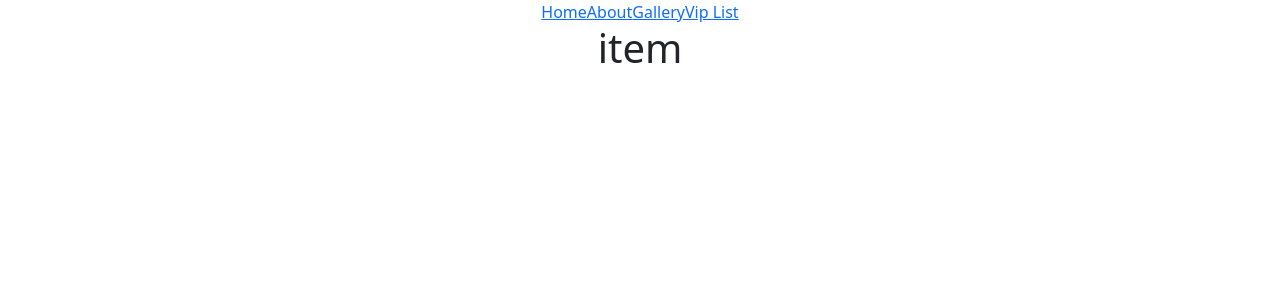
Repository: saargold/reactTest
Page: /vip/0
An editor plug-in stored every save of this project. The page is shown before and after a run of saves, followed by the edit.
The browser window is 1280 px wide. The pictures show the whole page.
The project was rebuilt for these pictures with package versions that can differ from the ones it lists, and the page was loaded fresh each time. A package was used in the major version that the imports need, not the one package.json lists. Also part of the build but not shown: src/App.css, src/api/Apicomp.js, src/input/MoviesInput.js, src/components/MovieList.js, src/components/AppMovies.js, src/components/Gallery.js, src/components/About.js, src/components/Home.js and 1 more.

Above is the page before, as saved 2022-09-07 14:20:25.

### src/App.js
import logo from './logo.svg';
import './App.css';
import Apicomp from './api/Apicomp';
import AppMovies from './components/AppMovies';
import {BrowserRouter as Router ,Switch,Route,Link} from 'react-router-dom'
import Gallery from './components/Gallery';
import About from './components/About';
import Home from './components/Home';
import VipList from './components/VipList';
import VipInfo from './components/VipInfo';
function App() {
  return (
    <Router>
    <div className="App text-center">
    <header>
      <Link to='/'>Home</Link>
      <Link to='/about'>About</Link>
      <Link to='/gallery'>Gallery</Link>
      <Link to='/vip'>Vip List</Link>

    </header>
    <Switch>
    <Route exact path="/" component={Home}></Route>
    <Route exact path="/about" component={About}></Route>
    <Route exact path="/gallery" component={Gallery}></Route>
    <Route exact path="/vip" component={VipList}></Route>
    <Route exact path="/vip/:id" component={VipInfo}></Route>

    </Switch>
    {/* <Apicomp/> */}
    {/* <AppMovies/> */}
    </div>
    </Router>
  );
}

export default App;

### src/components/VipInfo.js
import React from 'react'
import {vip_ar} from '../data/Vip.js'
function VipInfo(props) {
    let indexParam = props.match.params.id;
    let item=vip_ar[indexParam];
  return (
    <div>
    <h1>item</h1>

    </div>
  )
}

export default VipInfo

### src/data/Vip.js
export const vip_ar=
[
    {
        "name":"Bill Gates",
        "worth":"$90B",
        "birth_year":"1955",
        "source":"microsoft",
        "country":"USA",
        "image":"https://specials-images.forbesimg.com/imageserve/59d502f931358e542c034e76/200x200.jpg?background=000000&cropX1=245&cropX2=2420&cropY1=636&cropY2=2813"

    },
    {
        "name":"Warren Buffett",
        "worth":"$84B",
        "birth_year":"1931",
        "source":"Berkshire Hathaway",
        "country":"USA",
        "image":"https://specials-images.forbesimg.com/imageserve/59d5055931358e542c034ead/200x200.jpg?background=000000&cropX1=46&cropX2=693&cropY1=159&cropY2=806"

    },
    {
        "name":"Mark Zuckerberg",
        "worth":"$71B",
        "birth_year":"1984",
        "source":"Facebook",
        "country":"USA",
        "image":"https://specials-images.forbesimg.com/imageserve/59d5062131358e542c034eb7/200x200.jpg?background=000000&cropX1=419&cropX2=1409&cropY1=53&cropY2=1044"

    },
    {
        "name":"Larry Ellison",
        "worth":"$57B",
        "birth_year":"1945",
        "source":"Sun, Oracle",
        "country":"USA",
        "image":"https://specials-images.forbesimg.com/imageserve/59d5069b31358e542c034ec1/200x200.jpg?background=000000&cropX1=0&cropX2=2000&cropY1=227&cropY2=2228"

    },
    {
        "name":"Michael Bloomberg",
        "worth":"$50B",
        "birth_year":"1942",
        "source":"Bloomberg",
        "country":"USA",
        "image":"https://specials-images.forbesimg.com/imageserve/58c1d278a7ea431f321add1f/200x200.jpg?background=000000&cropX1=0&cropX2=744&cropY1=40&cropY2=784"

    }
]

Loaded but not shown: public/index.html (common file); src/index.js (common file); src/index.css (common file); src/reportWebVitals.js (common file)

After the next 2 saves:
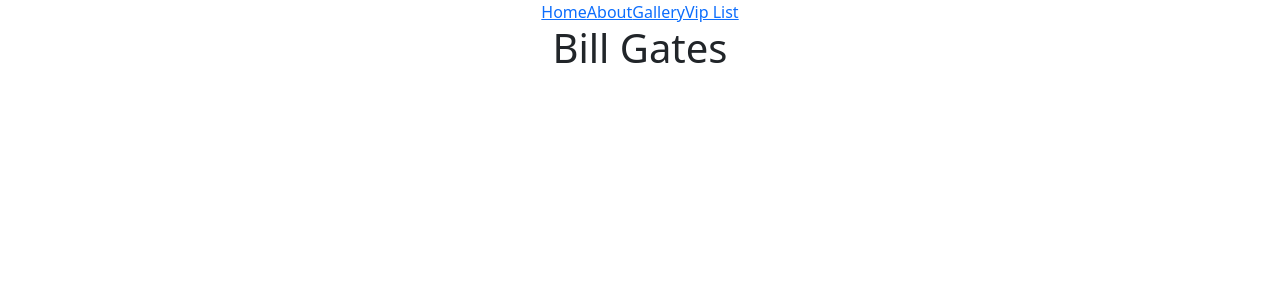
The 2 saves are shown as one change because 1 did not build or start.
The last was saved 21 s later.
--- a/src/components/VipInfo.js
+++ b/src/components/VipInfo.js
@@ -5,7 +5,7 @@
     let item=vip_ar[indexParam];
   return (
     <div>
-    <h1>item</h1>
+    <h1>{item.name}</h1>
 
     </div>
   )
